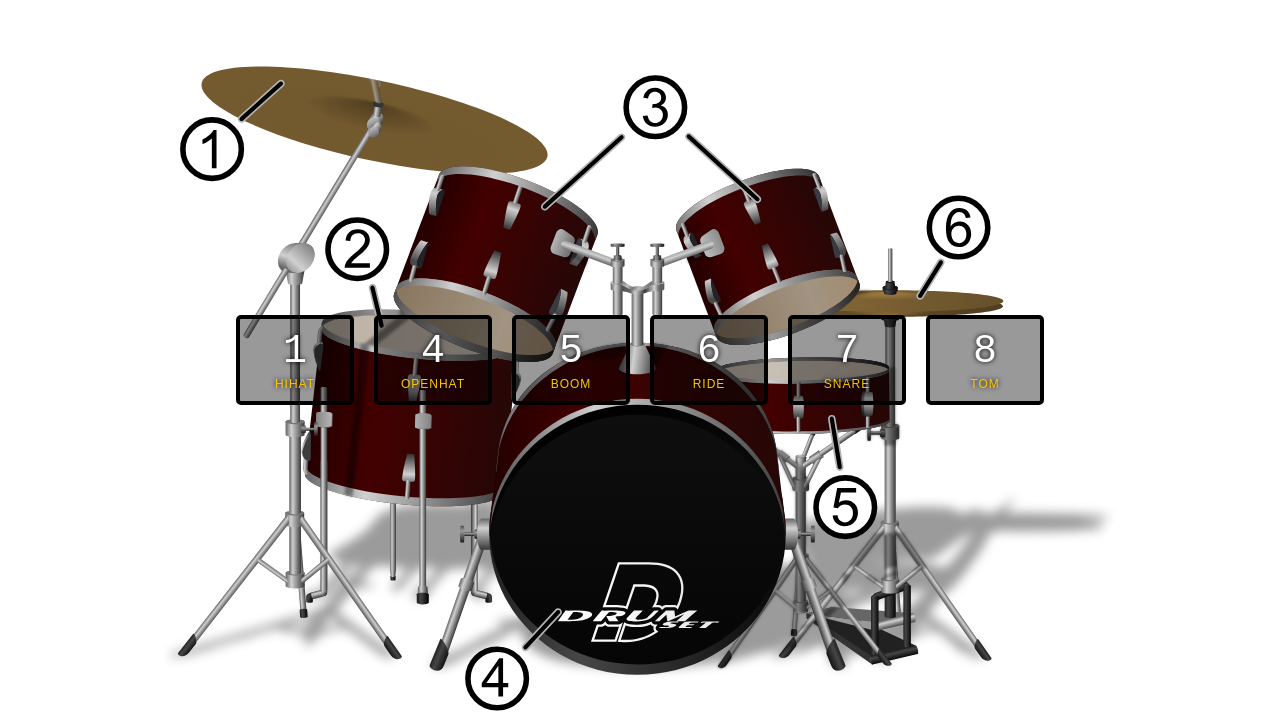
Repository: polishchuk404/drum-kit
Page: index.html
An editor plug-in stored every save of this project. The page is shown before and after the next save, followed by the edit.
The browser window is 1280 px wide. The pictures show the whole page.

Above is the page before, as saved 2020-10-12 13:49:53.

### index.html
<!DOCTYPE html>
<html lang="en">
<head>
  <meta charset="UTF-8">
  <title>drum-kit</title>
  <link rel="stylesheet" href="./style/style.css">
  <link rel="icon" type="image/x-icon" href="favicon.ico"></head>
<body>


  <div class="keys">
    <!-- <div data-key="97" class="key">
      <kbd>1</kbd>
      <span class="sound">clap</span>
    </div> -->
    <div data-key="97" class="key">
      <kbd>1</kbd>
      <span class="sound">hihat</span>
    </div>
    <div data-key="100" class="key">
      <kbd>4</kbd>
      <span class="sound">openhat</span>
    </div>
    <div data-key="101" class="key">
      <kbd>5</kbd>
      <span class="sound">boom</span>
    </div>
    <div data-key="102" class="key">
      <kbd>6</kbd>
      <span class="sound">ride</span>
    </div>
    <div data-key="103" class="key">
      <kbd>7</kbd>
      <span class="sound">snare</span>
    </div>
    <div data-key="104" class="key">
      <kbd>8</kbd>
      <span class="sound">tom</span>
    </div>
  </div>

  <!-- <audio data-key="97" src="./sounds/clap.wav"></audio> -->
  <audio data-key="97" src="./sounds/hihat.wav"></audio>
  <audio data-key="100" src="./sounds/openhat.wav"></audio>
  <audio data-key="101" src="./sounds/boom.wav"></audio>
  <audio data-key="102" src="./sounds/ride.wav"></audio>
  <audio data-key="103" src="./sounds/snare.wav"></audio>
  <audio data-key="104" src="./sounds/tom.wav"></audio>


  <script src="./js/main.js"></script>
</body>
</html>

### style/style.css
html {
  font-size: 10px;
  background: url('../drum_set.svg') center center no-repeat;
  background-size: contain;
}

body,html {
  margin: 0;
  padding: 0;
  font-family: sans-serif;
}

.keys {
  display: flex;
  flex: 1;
  min-height: 100vh;
  align-items: center;
  justify-content: center;
}

.key {
  border: .4rem solid black;
  border-radius: .5rem;
  margin: 1rem;
  font-size: 1.5rem;
  padding: 1rem .5rem;
  transition: all .07s ease;
  width: 10rem;
  text-align: center;
  color: white;
  background: rgba(0,0,0,0.4);
  text-shadow: 0 0 .5rem black;
}

.playing {
  transform: scale(1.1);
  border-color: #ffc600;
  box-shadow: 0 0 1rem #ffc600;
}

kbd {
  display: block;
  font-size: 4rem;
}

.sound {
  font-size: 1.2rem;
  text-transform: uppercase;
  letter-spacing: .1rem;
  color: #ffc600;
}

### js/main.js

  window.addEventListener('keyup', (e) => {
    const key = document.querySelector(`div[data-key="${e.keyCode}"]`);
    const sound = document.querySelector(`audio[data-key="${e.keyCode}"]`);
    if (!sound) return;
    sound.currentTime = 0;
    sound.play();
    key.classList.toggle('playing');
  });
  window.addEventListener('keydown', (e) => {
    const key = document.querySelector(`div[data-key="${e.keyCode}"]`);
    key.classList.toggle('playing')
  });

After the next save:
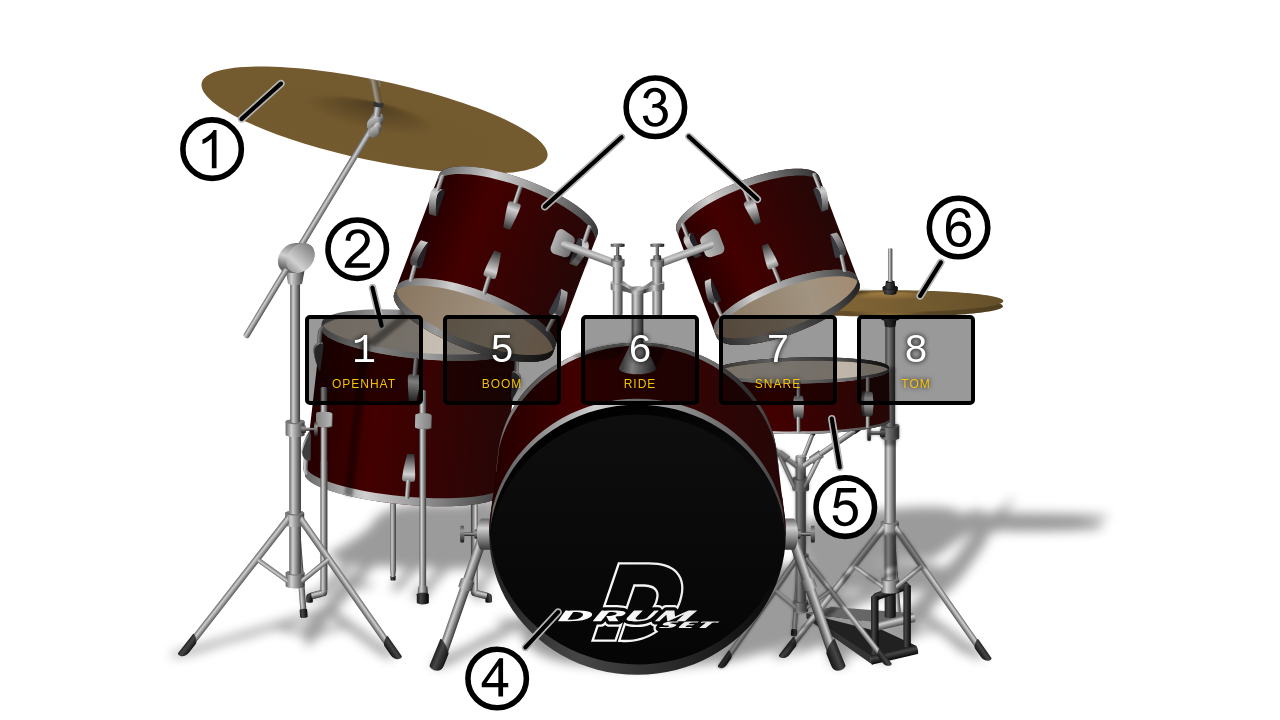
Saved 28 s later.
--- a/index.html
+++ b/index.html
@@ -13,12 +13,12 @@
       <kbd>1</kbd>
       <span class="sound">clap</span>
     </div> -->
+    <!-- <div data-key="97" class="key">
+      <kbd>1</kbd>
+      <span class="sound">hihat</span>
+    </div> -->
     <div data-key="97" class="key">
       <kbd>1</kbd>
-      <span class="sound">hihat</span>
-    </div>
-    <div data-key="100" class="key">
-      <kbd>4</kbd>
       <span class="sound">openhat</span>
     </div>
     <div data-key="101" class="key">
@@ -40,8 +40,8 @@
   </div>
 
   <!-- <audio data-key="97" src="./sounds/clap.wav"></audio> -->
-  <audio data-key="97" src="./sounds/hihat.wav"></audio>
-  <audio data-key="100" src="./sounds/openhat.wav"></audio>
+  <!-- <audio data-key="97" src="./sounds/hihat.wav"></audio> -->
+  <audio data-key="97" src="./sounds/openhat.wav"></audio>
   <audio data-key="101" src="./sounds/boom.wav"></audio>
   <audio data-key="102" src="./sounds/ride.wav"></audio>
   <audio data-key="103" src="./sounds/snare.wav"></audio>
